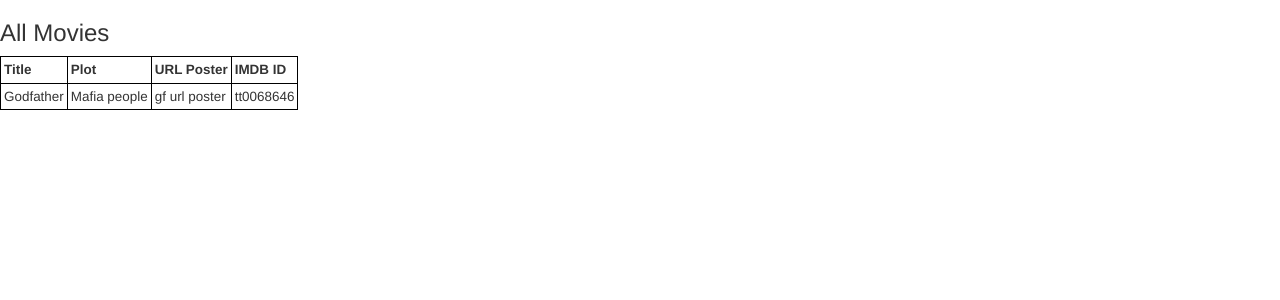
Repository: gitsana/JoseAnnunziato
Page: MyRestfulService/WebContent/movies.html
These files come from the project's save history. The page is drawn as it stood at one moment and after the next save; the edit follows.
The browser window is 1280 px wide. The pictures show the whole page.

Above is the page before, as saved 2015-10-02 01:22:12.

### MyRestfulService/WebContent/movies.html
<!DOCTYPE html>
<html>
<head>
<meta charset="UTF-8">
<title>All Movies</title>
<link rel="stylesheet" href="https://maxcdn.bootstrapcdn.com/bootstrap/3.3.5/css/bootstrap.min.css">
</head>
<style>
table,th,td {
	border: 1px solid black;
    border-collapse: collapse;
	font-size: .98em;
	padding: 3px;
}
</style>
<body>
<script src="jquery/jquery-1.11.3.js"></script>

<h3>All Movies</h3>
<table id="movietable">
	<tr>
		<th>Title</th>
		<th>Plot</th>
		<th>URL Poster</th>
		<th>IMDB ID</th>
	</tr>
</table>
<script type="text/javascript">
	$(document).ready(function() {
		var movie = {
				title: "Godfather",
				plot: "Mafia people",
				urlposter: "gf url poster",
				imdbid: "tt0068646"
		};

		$("#movietable").last().append("<tr><td>" + movie.title + "</td><td>" + movie.plot +
				"</td><td>" + movie.urlposter + "</td><td>" + movie.imdbid + "</td></tr>");

	});
</script>

</body>
</html>

Loaded but not shown: MyRestfulService/WebContent/jquery/jquery-1.11.3.js (library)

After the next save:
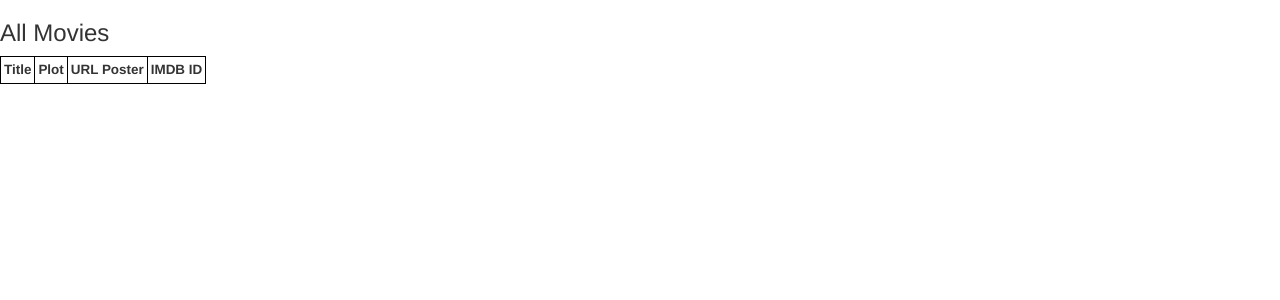
Console error: ReferenceError: movie is not defined
Saved 4 min 34 s later.
--- a/MyRestfulService/WebContent/movies.html
+++ b/MyRestfulService/WebContent/movies.html
@@ -27,12 +27,8 @@ table,th,td {
 </table>
 <script type="text/javascript">
 	$(document).ready(function() {
-		var movie = {
-				title: "Godfather",
-				plot: "Mafia people",
-				urlposter: "gf url poster",
-				imdbid: "tt0068646"
-		};
+		var movies = [{ title: "Godfather", plot: "Mafia people", urlposter: "gf url poster", imdbid: "tt0068646" },
+		              { title: "Peter Pan", plot: "PP PLOT", urlposter: "pan url poster", imdbid: "tt0316396" }];
 
 		$("#movietable").last().append("<tr><td>" + movie.title + "</td><td>" + movie.plot +
 				"</td><td>" + movie.urlposter + "</td><td>" + movie.imdbid + "</td></tr>");
